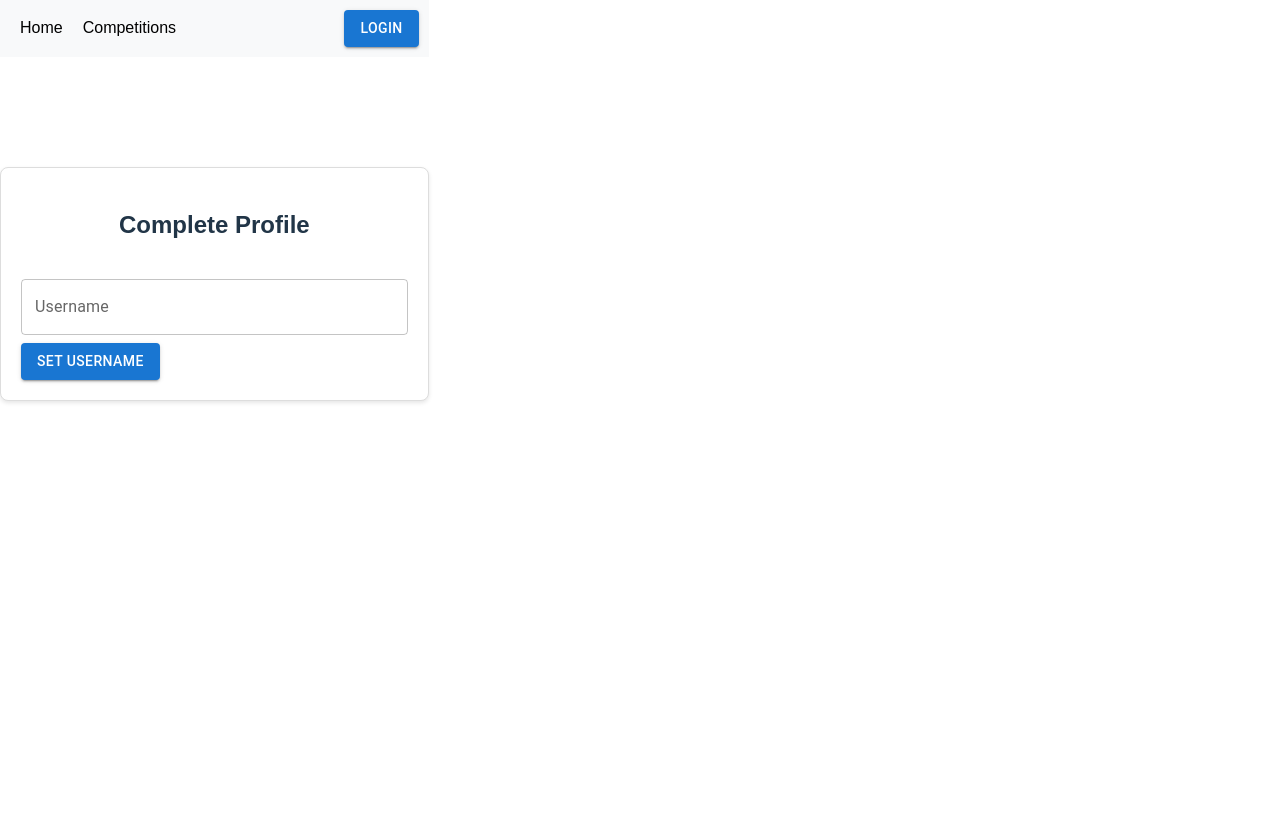
Repository: BWei22/wecube
Page: /complete-profile
These files come from the project's save history. The page is drawn as it stood at one moment and after the next save; the edit follows.
The browser window is 1280 px wide. The pictures show the whole page.
The project was rebuilt for these pictures with package versions that can differ from the ones it lists, and the page was loaded fresh each time. Also part of the build but not shown: vite.config.js, src/pages/Home.css, src/pages/Home.jsx, src/pages/Competitions.css, src/pages/Competitions.jsx, src/pages/Listings.jsx, src/pages/CreateListing.jsx, src/pages/ListingDetails.css and 12 more.

Above is the page before, as saved 2024-08-09 02:15:39.

### index.html
<!doctype html>
<html lang="en">
  <head>
    <meta charset="UTF-8" />
    <link rel="icon" type="image/svg+xml" href="/vite.svg" />
    <meta name="viewport" content="width=device-width, initial-scale=1.0" />
    <title>WeCube</title>
  </head>
  <body>
    <div id="root"></div>
    <script type="module" src="/src/main.jsx"></script>
  </body>
</html>

### src/App.jsx
// src/App.jsx
import React from 'react';
import { BrowserRouter as Router, Routes, Route } from 'react-router-dom';
import Home from './pages/Home';
import Competitions from './pages/Competitions';
import Listings from './pages/Listings';
import CreateListing from './pages/CreateListing';
import ListingDetails from './pages/ListingDetails';
import InterestedBuyers from './pages/InterestedBuyers';
import Notifications from './pages/Notifications';
import Login from './pages/Login';
import SignUp from './pages/SignUp';
import CompleteProfile from './pages/CompleteProfile';
import PrivateRoute from './components/PrivateRoute';
import NavBar from './components/NavBar';
import { ProvideAuth } from './hooks/useAuth';
import Message from './pages/Message';
import Conversations from './pages/Conversations';
import Profile from './pages/Profile';
import './App.css';

const App = () => {
  return (
    <Router>
      <ProvideAuth>
        <NavBar />
        <div className="main-container">
          <Routes>
            <Route path="/" element={<Home />} />
            <Route path="/competitions" element={<Competitions />} />
            <Route path="/listings/:competitionId" element={<Listings />} />
            <Route path="/create-listing/:competitionId" element={<PrivateRoute><CreateListing /></PrivateRoute>} />
            <Route path="/listing/:listingId" element={<ListingDetails />} />
            <Route path="/interested-buyers/:listingId" element={<PrivateRoute><InterestedBuyers /></PrivateRoute>} />
            <Route path="/notifications" element={<PrivateRoute><Notifications /></PrivateRoute>} />
            <Route path="/login" element={<Login />} />
            <Route path="/signup" element={<SignUp />} />
            <Route path="/complete-profile" element={<CompleteProfile />} />
            <Route path="/messages/:listingId" element={<PrivateRoute><Message /></PrivateRoute>} />
            <Route path="/conversations" element={<PrivateRoute><Conversations /></PrivateRoute>} />
            <Route path="/profile" element={<PrivateRoute><Profile /></PrivateRoute>} />
          </Routes>
        </div>
      </ProvideAuth>
    </Router>
  );
};

export default App;

### src/pages/CompleteProfile.jsx
// src/pages/CompleteProfile.jsx
import React, { useState } from 'react';
import { useNavigate } from 'react-router-dom';
import { useAuth } from '../hooks/useAuth';
import { Button, TextField } from '@mui/material';
import { collection, query, where, getDocs, doc, setDoc } from 'firebase/firestore';
import { db } from '../firebaseConfig';
import './AuthComponent.css';

const CompleteProfile = () => {
  const auth = useAuth();
  const navigate = useNavigate();
  const [username, setUsername] = useState('');
  const [error, setError] = useState('');
  const [loading, setLoading] = useState(false); // To handle loading state

  const handleSetUsername = async () => {
    if (!username) {
      setError('Username is required');
      return;
    }

    if (!auth.user) {
      setError('No authenticated user found. Please sign in again.');
      console.error('Error: No authenticated user found.');
      return;
    }

    setLoading(true); // Start loading

    try {
      // Check if the username already exists in the Firestore database
      const q = query(collection(db, 'users'), where('username', '==', username));
      const querySnapshot = await getDocs(q);

      if (!querySnapshot.empty) {
        setError('Username already exists. Please choose another one.');
        setLoading(false); // Stop loading on error
        return;
      }

      // Update user document with the selected username and mark profile as complete
      const userDocRef = doc(db, 'users', auth.user.uid);
      await setDoc(userDocRef, { username, profileComplete: true }, { merge: true });

      console.log('User document updated with username and profileComplete flag.');

      // Update the context state to reflect the changes
      auth.setUsername(username);
      auth.setProfileComplete(true);

      // Navigate to the competitions page after successful profile completion
      navigate('/competitions');
    } catch (error) {
      console.error('Error setting username:', error);
      setError('An error occurred while setting your username. Please try again.');
    } finally {
      setLoading(false); // Stop loading after the process completes
    }
  };

  return (
    <div className="auth-container">
      <h2>Complete Profile</h2>
      <TextField
        label="Username"
        variant="outlined"
        fullWidth
        margin="normal"
        value={username}
        onChange={(e) => {
          setError(''); // Clear error when user starts typing
          setUsername(e.target.value);
        }}
        disabled={loading} // Disable input while loading
      />
      {error && <p className="error">{error}</p>}
      <Button
        onClick={handleSetUsername}
        variant="contained"
        color="primary"
        disabled={loading} // Disable button while loading
      >
        {loading ? 'Setting Username...' : 'Set Username'}
      </Button>
    </div>
  );
};

export default CompleteProfile;

### src/components/NavBar.jsx
import React, { useState, useEffect } from 'react';
import { Link, useNavigate } from 'react-router-dom';
import { useAuth } from '../hooks/useAuth'; // Adjust the import path as necessary
import { db } from '../firebaseConfig';
import { collection, query, where, onSnapshot } from 'firebase/firestore';
import Badge from '@mui/material/Badge';
import Button from '@mui/material/Button';
import './NavBar.css';

const NavBar = () => {
  const { user, username, signout } = useAuth();
  const navigate = useNavigate();
  const [newMessages, setNewMessages] = useState(0);

  useEffect(() => {
    if (!user) {
      console.log('No authenticated user found.');
      return;
    }

    const q = query(collection(db, 'messages'), where('recipientId', '==', user.uid), where('isRead', '==', false));
    const unsubscribe = onSnapshot(q, (querySnapshot) => {
      setNewMessages(querySnapshot.size);
    });

    return () => unsubscribe();
  }, [user]);

  const handleLogout = () => {
    signout(() => navigate('/'));
  };

  return (
    <div className="navbar">
      <div className="navbar-left">
        <Link to="/">Home</Link>
        <Link to="/competitions">Competitions</Link>
      </div>
      <div className="navbar-right">
        {user ? (
          <>
            <Badge badgeContent={newMessages} color="error">
              <Link to="/conversations">Conversations</Link>
            </Badge>
            <Link to="/profile">Profile</Link>
            <Button onClick={handleLogout} variant="contained" color="secondary">Logout</Button>
            <span className="navbar-username">{username}</span>
          </>
        ) : (
          <Button onClick={() => navigate('/login')} variant="contained" color="primary">Login</Button> // Corrected path
        )}
      </div>
    </div>
  );
};

export default NavBar;

### src/hooks/useAuth.jsx
// src/hooks/useAuth.jsx
import React, { useState, useEffect, useContext, createContext } from 'react';
import { getAuth, signInWithPopup, GoogleAuthProvider, signOut, createUserWithEmailAndPassword, signInWithEmailAndPassword, deleteUser, EmailAuthProvider } from 'firebase/auth';
import { doc, getDoc, setDoc, deleteDoc } from 'firebase/firestore';
import { db } from '../firebaseConfig';
import { useNavigate } from 'react-router-dom';

const authContext = createContext();

export function ProvideAuth({ children }) {
  const auth = useProvideAuth();
  return <authContext.Provider value={auth}>{children}</authContext.Provider>;
}

export const useAuth = () => {
  return useContext(authContext);
};

function useProvideAuth() {
  const [user, setUser] = useState(null);
  const [username, setUsername] = useState('');
  const [profileComplete, setProfileComplete] = useState(false);
  const [authenticating, setAuthenticating] = useState(false); // Indicates if the user is in the process of signing up or logging in
  const navigate = useNavigate();

  const logState = (message) => {
    console.log(message);
    console.log("User:", user);
    console.log("Username:", username);
    console.log("ProfileComplete:", profileComplete);
  };

  const handleAuthStateChange = async (firebaseUser) => {
    if (firebaseUser) {
      setAuthenticating(true); // Start authenticating
      const userDocRef = doc(db, 'users', firebaseUser.uid);
      try {
        const userDocSnap = await getDoc(userDocRef);

        if (userDocSnap.exists()) {
          const userData = userDocSnap.data();
          setUsername(userData.username);
          setProfileComplete(userData.profileComplete);

          if (userData.profileComplete) {
            setUser(firebaseUser); // User is fully signed in only if profile is complete
            navigate('/competitions'); // Navigate to main area of the app
          } else {
            navigate('/complete-profile'); // Redirect to complete profile
          }
        } else {
          await setDoc(userDocRef, { profileComplete: false });
          setProfileComplete(false);
          navigate('/complete-profile'); // Redirect to complete profile
        }
      } catch (error) {
        console.error("Error handling user state change:", error);
      } finally {
        setAuthenticating(false); // End authentication process
      }
    } else {
      // User is not authenticated
      setUser(null);
      setUsername('');
      setProfileComplete(false);
      logState("Auth state changed: user signed out");
    }
  };

  const signupWithEmailAndPassword = async (email, password) => {
    const auth = getAuth();
    try {
      setAuthenticating(true); // Indicate that we're authenticating
      const result = await createUserWithEmailAndPassword(auth, email, password);
      handleAuthStateChange(result.user);
    } catch (error) {
      console.error("Sign-up error:", error);
    } finally {
      setAuthenticating(false); // End authentication process
    }
  };

  const signinWithEmailAndPassword = async (email, password) => {
    const auth = getAuth();
    try {
      setAuthenticating(true); // Indicate that we're authenticating
      const result = await signInWithEmailAndPassword(auth, email, password);
      handleAuthStateChange(result.user);
    } catch (error) {
      console.error("Sign-in error:", error);
    } finally {
      setAuthenticating(false); // End authentication process
    }
  };

  const completeProfile = async (username) => {
    if (user) {
      const userDocRef = doc(db, 'users', user.uid);
      try {
        await setDoc(userDocRef, { username, profileComplete: true }, { merge: true });
        setUsername(username);
        setProfileComplete(true);
        setUser(user); // Now the user is fully signed in
        navigate('/competitions');
      } catch (error) {
        console.error("Error completing profile:", error);
      }
    }
  };

  const signout = async (callback) => {
    const auth = getAuth();
    try {
      await signOut(auth);
      setUser(null);
      setUsername('');
      setProfileComplete(false);
      logState("User signed out");
      if (callback) callback();
    } catch (error) {
      console.error("Sign-out error:", error);
    }
  };

  useEffect(() => {
    const auth = getAuth();
    const unsubscribe = auth.onAuthStateChanged(handleAuthStateChange);
    return () => unsubscribe();
  }, []);

  return {
    user,
    username,
    profileComplete,
    authenticating, // Add this to the context
    signupWithEmailAndPassword,
    signinWithEmailAndPassword,
    completeProfile, // Add a method to complete the profile
    signout,
  };
}

### src/App.css
/* src/App.css */

body, html {
  margin: 0;
  padding: 0;
  height: 100%;
  width: 100%;
  font-family: Arial, sans-serif;
}

#root {
  height: 100%;
}

.main-container {
  display: flex;
  flex-direction: column;
  height: 100vh;
  padding-top: 60px; /* Adjust based on navbar height */
}

### src/firebaseConfig.js
// src/firebaseConfig.js
import { initializeApp } from "firebase/app";
import { getFirestore } from "firebase/firestore";
import { getAuth, onAuthStateChanged, GoogleAuthProvider, signInWithPopup } from "firebase/auth";

const firebaseConfig = {
  apiKey: "AIzaSyDYb4aSYo2bUTjyhVYMKNBykxSJtt_21Po",
  authDomain: "wecube-e0d78.firebaseapp.com",
  projectId: "wecube-e0d78",
  storageBucket: "wecube-e0d78.appspot.com",
  messagingSenderId: "412392652109",
  appId: "1:412392652109:web:bc3ad839badcf48e85cb04",
  measurementId: "G-3J43PF4YX8"
};

const app = initializeApp(firebaseConfig);
const db = getFirestore(app);
const auth = getAuth(app);
const provider = new GoogleAuthProvider();

onAuthStateChanged(auth, (user) => {
  if (user) {
    console.log("User is signed in", user);
  } else {
    console.log("No user is signed in");
  }
});

export { db, auth, provider };

### src/pages/Listings.css
.listings-grid {
  display: grid;
  grid-template-columns: repeat(auto-fill, minmax(200px, 1fr));
  gap: 16px;
}

.listing-item {
  border: 1px solid #ccc;
  padding: 16px;
  border-radius: 8px;
  text-align: center;
  cursor: pointer;
  transition: box-shadow 0.3s ease, transform 0.3s ease;
}

.listing-item:hover {
  box-shadow: 0 4px 12px rgba(0, 0, 0, 0.2);
  transform: scale(1.05);
  background-color: #f0f0f0;
}

.listing-image {
  width: 100%;
  height: 150px;
  object-fit: cover;
  border-radius: 4px;
}

.listing-info {
  margin-top: 8px;
}

.listing-name {
  display: block;
  font-weight: bold;
  margin-bottom: 4px;
  color: #333;
}

.listing-price {
  display: block;
  color: #007BFF;
}

button {
  margin-top: 8px;
}

### src/pages/AuthComponent.css
/* src/pages/AuthComponent.css */

.auth-container {
  max-width: 400px;
  margin: 50px auto;
  padding: 20px;
  border: 1px solid #ddd;
  border-radius: 8px;
  box-shadow: 0 2px 4px rgba(0, 0, 0, 0.1);
  background-color: #fff;
}

h2 {
  text-align: center;
  margin-bottom: 20px;
}

.error {
  color: red;
  text-align: center;
  margin-bottom: 20px;
}

form {
  display: flex;
  flex-direction: column;
}

form > * {
  margin-bottom: 15px;
}

### src/components/NavBar.css
.navbar {
  display: flex;
  justify-content: space-between;
  padding: 10px;
  background-color: #f8f9fa;
}

.navbar-left,
.navbar-right {
  display: flex;
  align-items: center;
}

.navbar-left a,
.navbar-right a {
  margin: 0 10px;
  text-decoration: none;
  color: #000;
}

.navbar-right .navbar-username {
  margin-left: 10px;
  font-weight: bold;
}

.navbar-right button {
  margin-left: 10px;
}

Loaded but not shown: src/main.jsx (common file); src/index.css (common file)

After the next save:
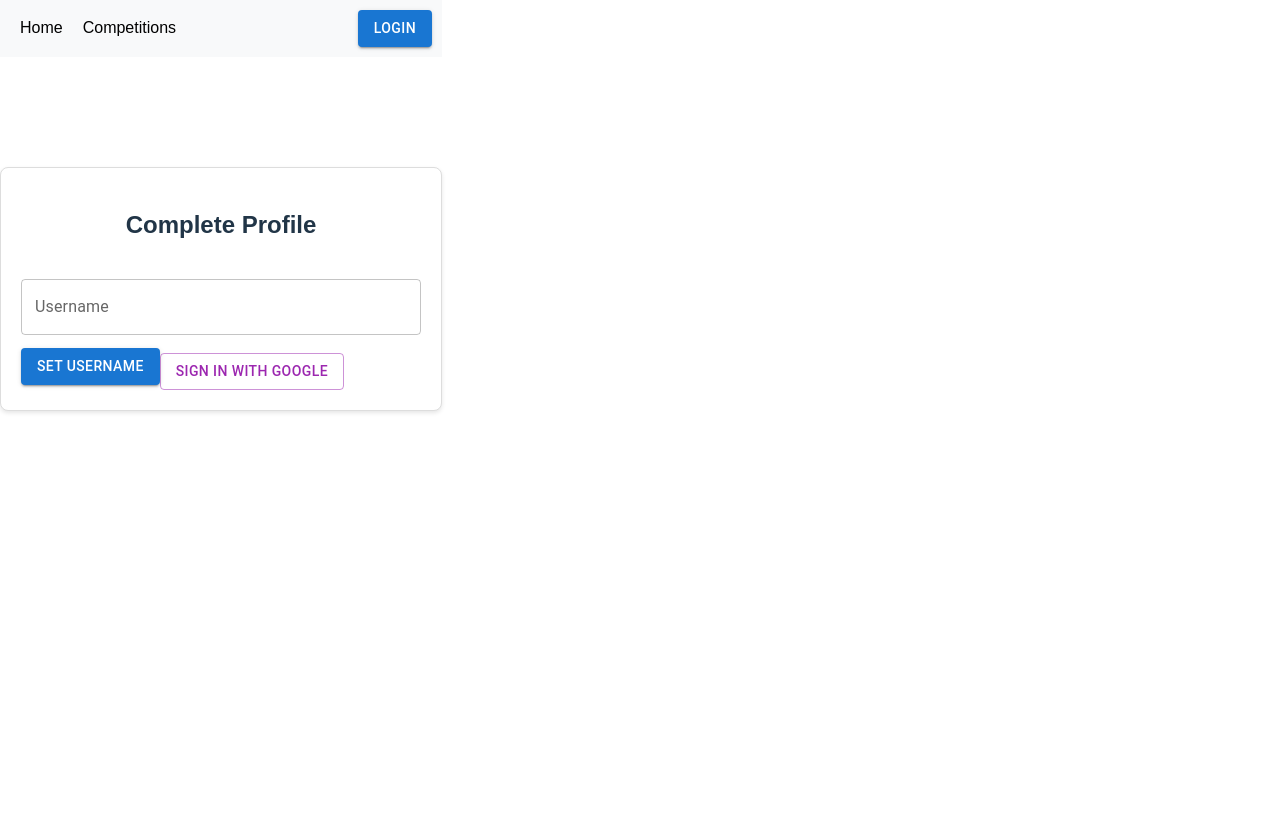
Saved 35 h 52 min later.
--- a/src/pages/CompleteProfile.jsx
+++ b/src/pages/CompleteProfile.jsx
@@ -83,6 +83,16 @@
       >
         {loading ? 'Setting Username...' : 'Set Username'}
       </Button>
+
+      <Button
+        onClick={auth.signinWithGoogle} // Use the Google sign-in method from useAuth context
+        variant="outlined"
+        color="secondary"
+        disabled={loading} // Disable button while loading
+        style={{ marginTop: '10px' }}
+      >
+        Sign in with Google
+      </Button>
     </div>
   );
 };

After the 2 saves that followed:
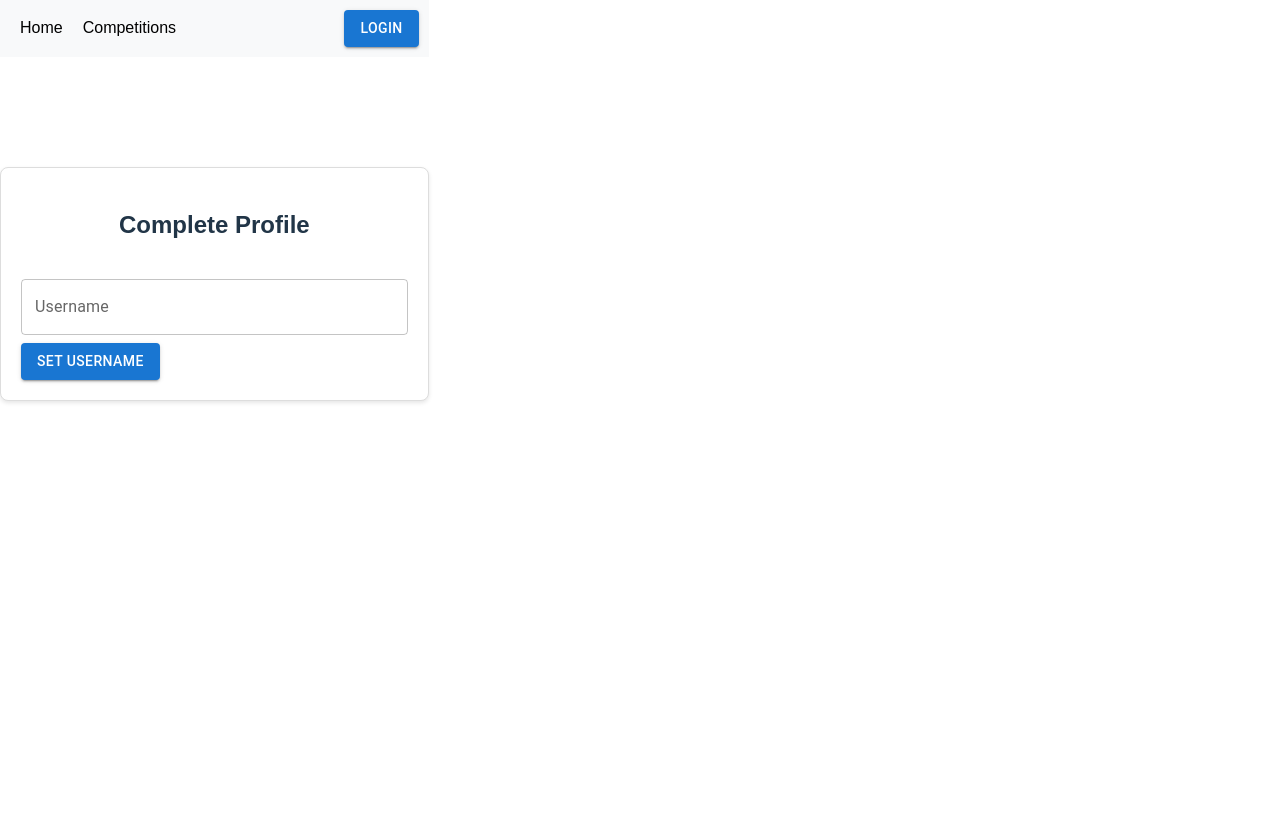
The 2 saves are shown as one change because 1 left the picture as it was.
The last was saved 90 s later.
--- a/src/pages/CompleteProfile.jsx
+++ b/src/pages/CompleteProfile.jsx
@@ -83,16 +83,6 @@
       >
         {loading ? 'Setting Username...' : 'Set Username'}
       </Button>
-
-      <Button
-        onClick={auth.signinWithGoogle} // Use the Google sign-in method from useAuth context
-        variant="outlined"
-        color="secondary"
-        disabled={loading} // Disable button while loading
-        style={{ marginTop: '10px' }}
-      >
-        Sign in with Google
-      </Button>
     </div>
   );
 };
--- a/src/hooks/useAuth.jsx
+++ b/src/hooks/useAuth.jsx
@@ -1,6 +1,6 @@
 // src/hooks/useAuth.jsx
 import React, { useState, useEffect, useContext, createContext } from 'react';
-import { getAuth, signInWithPopup, GoogleAuthProvider, signOut, createUserWithEmailAndPassword, signInWithEmailAndPassword, deleteUser, EmailAuthProvider } from 'firebase/auth';
+import { getAuth, signInWithPopup, GoogleAuthProvider, signOut, createUserWithEmailAndPassword, signInWithEmailAndPassword, deleteUser } from 'firebase/auth';
 import { doc, getDoc, setDoc, deleteDoc } from 'firebase/firestore';
 import { db } from '../firebaseConfig';
 import { useNavigate } from 'react-router-dom';
@@ -93,6 +93,20 @@ function useProvideAuth() {
     }
   };
 
+  const signinWithGoogle = async () => {
+    const auth = getAuth();
+    const provider = new GoogleAuthProvider();
+    try {
+      setAuthenticating(true); // Indicate that we're authenticating
+      const result = await signInWithPopup(auth, provider);
+      handleAuthStateChange(result.user);
+    } catch (error) {
+      console.error("Google sign-in error:", error);
+    } finally {
+      setAuthenticating(false); // End authentication process
+    }
+  };
+
   const completeProfile = async (username) => {
     if (user) {
       const userDocRef = doc(db, 'users', user.uid);
@@ -135,6 +149,7 @@ function useProvideAuth() {
     authenticating, // Add this to the context
     signupWithEmailAndPassword,
     signinWithEmailAndPassword,
+    signinWithGoogle, // Add Google sign-in method
     completeProfile, // Add a method to complete the profile
     signout,
   };
